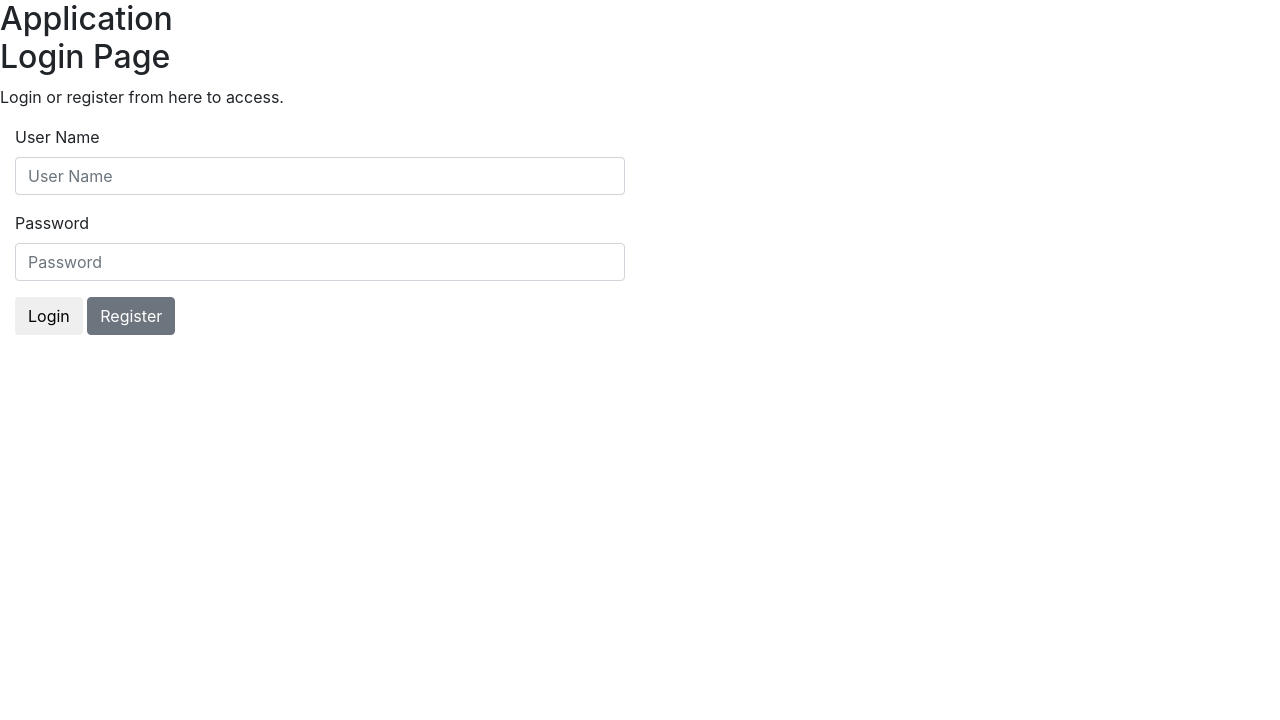
Repository: cheez0909/JSP
Page: http://localhost/1103/session/EX/Login.jsp
An editor plug-in stored every save of this project. The page is shown before and after the next save, followed by the edit.
The browser window is 1280 px wide. The pictures show the whole page.
Some web libraries are served in a nearby version. The page is served by Tomcat 9. Other server files are loaded and not shown.

Above is the page before, as saved 2023-11-09 01:09:26.
Console error: TypeError: Cannot read properties of undefined (reading 'fn')

### 1103/src/main/webapp/session/EX/Login.jsp
<%@ page language="java" contentType="text/html; charset=UTF-8"
    pageEncoding="UTF-8"%>
<!DOCTYPE html>
<html>
<head>
<meta charset="UTF-8">
<title>Insert title here</title>
<link href="//maxcdn.bootstrapcdn.com/bootstrap/4.0.0/css/bootstrap.min.css" rel="stylesheet" id="bootstrap-css">
<script src="//maxcdn.bootstrapcdn.com/bootstrap/4.0.0/js/bootstrap.min.js"></script>
<script src="//code.jquery.com/jquery-1.11.1.min.js"></script>
</head>
<body>
<div class="sidenav">
         <div class="login-main-text">
            <h2>Application<br> Login Page</h2>
            <p>Login or register from here to access.</p>
         </div>
      </div>
      <div class="main">
         <div class="col-md-6 col-sm-12">
            <div class="login-form">
               <form>
                  <div class="form-group">
                     <label>User Name</label>
                     <input type="text" class="form-control" placeholder="User Name">
                  </div>
                  <div class="form-group">
                     <label>Password</label>
                     <input type="password" class="form-control" placeholder="Password">
                  </div>
                  <button type="submit" class="btn btn-black">Login</button>
                  <button type="submit" class="btn btn-secondary">Register</button>
               </form>
            </div>
         </div>
      </div>
</body>
</html>

After the next save:
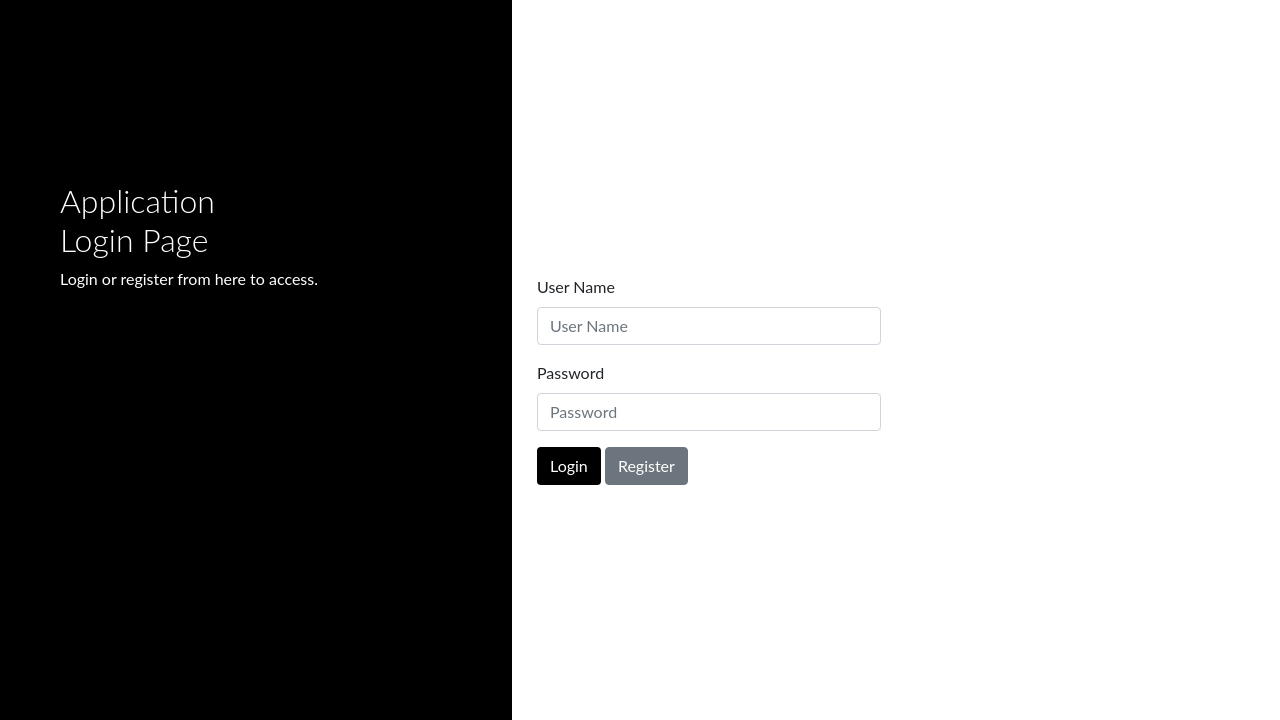
Saved 27 s later.
--- a/1103/src/main/webapp/session/EX/Login.jsp
+++ b/1103/src/main/webapp/session/EX/Login.jsp
@@ -8,6 +8,27 @@
 <link href="//maxcdn.bootstrapcdn.com/bootstrap/4.0.0/css/bootstrap.min.css" rel="stylesheet" id="bootstrap-css">
 <script src="//maxcdn.bootstrapcdn.com/bootstrap/4.0.0/js/bootstrap.min.js"></script>
 <script src="//code.jquery.com/jquery-1.11.1.min.js"></script>
+<style>
+body {font-family: "Lato", sans-serif;}
+.main-head{height: 150px;background: #FFF;}
+.sidenav {height: 100%;background-color: #000;overflow-x: hidden;padding-top: 20px;}
+.main {padding: 0px 10px;}
+@media screen and (max-height: 450px) {.sidenav {padding-top: 15px;}}
+@media screen and (max-width: 450px) {
+	.login-form{margin-top: 10%;}
+	.register-form{margin-top: 10%;}
+}
+@media screen and (min-width: 768px){
+    .main{margin-left: 40%;}
+	.sidenav{width: 40%;position: fixed;z-index: 1;top: 0;left: 0;}
+    .login-form{margin-top: 80%;}
+    .register-form{margin-top: 20%;}
+}
+.login-main-text{margin-top: 20%;padding: 60px;color: #fff;}
+.login-main-text h2{font-weight: 300;}
+.btn-black{background-color: #000 !important;color: #fff;}
+
+</style>
 </head>
 <body>
 <div class="sidenav">
